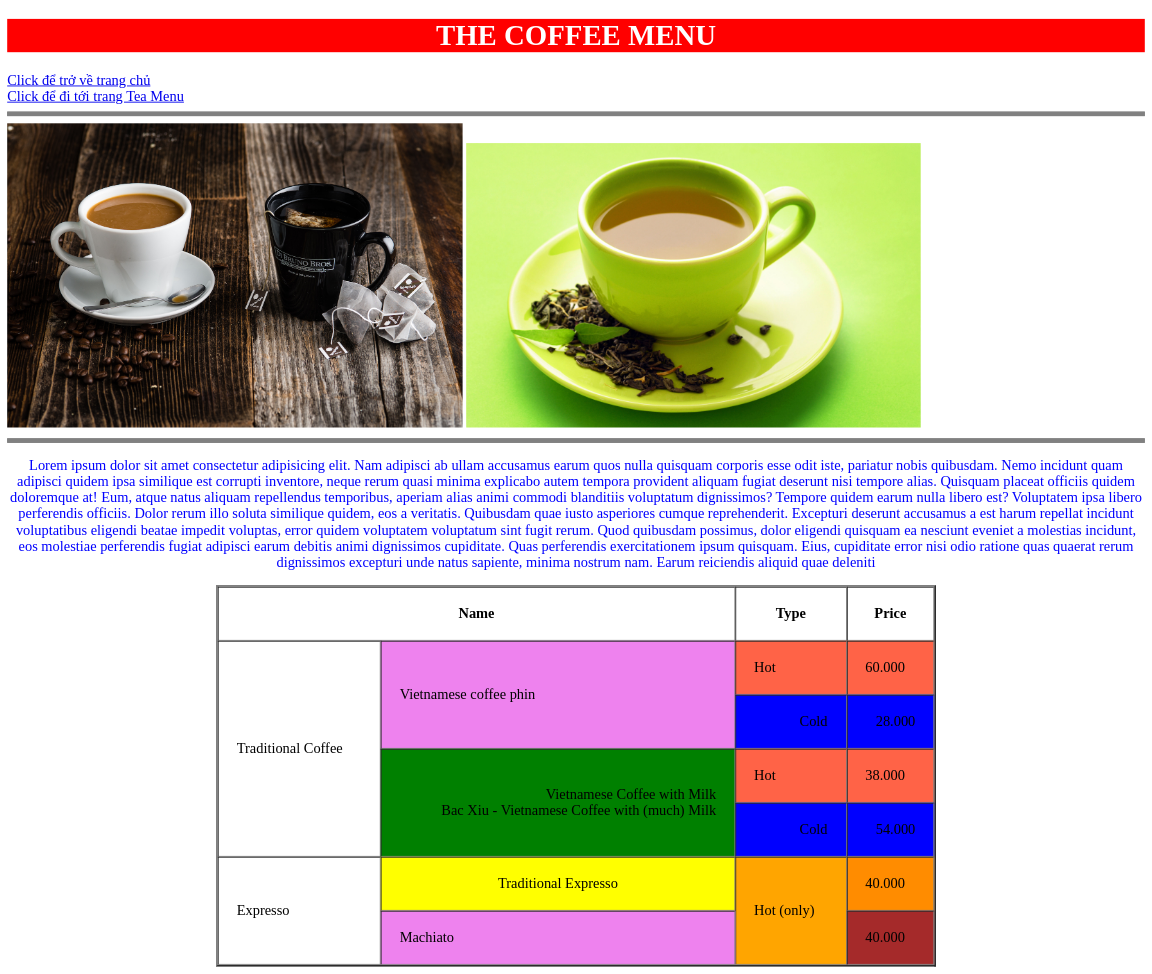
Repository: giahuy405/HomeWork_Coffee
Page: coffee.html
These files come from the project's save history. The page is drawn as it stood at one moment and after the next save; the edit follows.
The browser window is 1280 px wide. The pictures show the whole page, at 90% of full size.

Above is the page before, as saved 2022-09-07 12:20:50.

### coffee.html
<!DOCTYPE html>
<html lang="en">
<head>
    <meta charset="UTF-8">
    <meta http-equiv="X-UA-Compatible" content="IE=edge">
    <meta name="viewport" content="width=device-width, initial-scale=1.0">
    <title>Document</title>
    <link rel="stylesheet" href="./css/coffee.css">
</head>
<body>
    <h1 style="background-color:red;color:white;text-align:center">THE COFFEE MENU</h1>
    <a href="./index.html">Click để trở về trang chủ</a>
    <br>
    <a href="./tea.html">Click để đi tới trang Tea Menu</a>
    <hr size="5px" noshade>
    <img style="width:40%" src="./img/CoffeeAndTea.jpg" alt="">
    <img style="width:40%" src="./img/Green-Tea.jpg" alt="">
    <hr size="5px" noshade>
    <p style="text-align: center;color:blue">Lorem ipsum dolor sit amet consectetur adipisicing elit. Nam adipisci ab ullam accusamus earum quos nulla quisquam corporis esse odit iste, pariatur nobis quibusdam. Nemo incidunt quam adipisci quidem ipsa similique est corrupti inventore, neque rerum quasi minima explicabo autem tempora provident aliquam fugiat deserunt nisi tempore alias. Quisquam placeat officiis quidem doloremque at! Eum, atque natus aliquam repellendus temporibus, aperiam alias animi commodi blanditiis voluptatum dignissimos? Tempore quidem earum nulla libero est? Voluptatem ipsa libero perferendis officiis. Dolor rerum illo soluta similique quidem, eos a veritatis. Quibusdam quae iusto asperiores cumque reprehenderit. Excepturi deserunt accusamus a est harum repellat incidunt voluptatibus eligendi beatae impedit voluptas, error quidem voluptatem voluptatum sint fugit rerum. Quod quibusdam possimus, dolor eligendi quisquam ea nesciunt eveniet a molestias incidunt, eos molestiae perferendis fugiat adipisci earum debitis animi dignissimos cupiditate. Quas perferendis exercitationem ipsum quisquam. Eius, cupiditate error nisi odio ratione quas quaerat rerum dignissimos excepturi unde natus sapiente, minima nostrum nam. Earum reiciendis aliquid quae deleniti</p>
    <table border="2" cellspacing="0" cellpadding="20px" style="width: 800px;margin:0 auto;">
        <tr>
            <th colspan="2">Name</th>
            <th>Type</th>
            <th>Price</th>
        </tr>
        <tr>
            <td rowspan="4">Traditional Coffee</td>
            <td rowspan="2" style="background-color: rgb(238, 130, 238);">Vietnamese coffee phin</td>
            <td style="background-color: rgb(255, 99, 71);">Hot</td>
            <td style="background-color: rgb(255, 99, 71);">60.000</td>
        </tr>
        <tr>
            <td style="text-align:right;background-color:blue">Cold</td>
            <td style="text-align: right;background-color:blue">28.000</td>
        </tr>
        <tr>
            <td rowspan="2" style="text-align: right;background-color: green;">Vietnamese Coffee with Milk <br>
                Bac Xiu - Vietnamese Coffee with (much) Milk</td>
                <td style="background-color: rgb(255, 99, 71);">Hot</td>
            <td style="background-color: rgb(255, 99, 71);">38.000</td>
        </tr>
        <tr>
            <td style="text-align:right;background-color:blue">Cold</td>
            <td style="text-align: right;background-color:blue">54.000</td>
        </tr>
        <tr>
            <td rowspan="3">Expresso</td>
            <td style="background-color: yellow;text-align: center;">Traditional Expresso</td>
            <td style="background-color: orange;" rowspan="3">Hot (only)</td>
            <td style="background-color: darkorange;">40.000</td>
        </tr>
        <tr>
            <td style="background-color: rgb(238, 130, 238);">Machiato</td>
            <td style="background-color: brown">40.000</td>
        </tr>

    </table>
</body>
</html>

Loaded but not shown: css/coffee.css (no stored copy; drawn as an empty file)

After the next save:
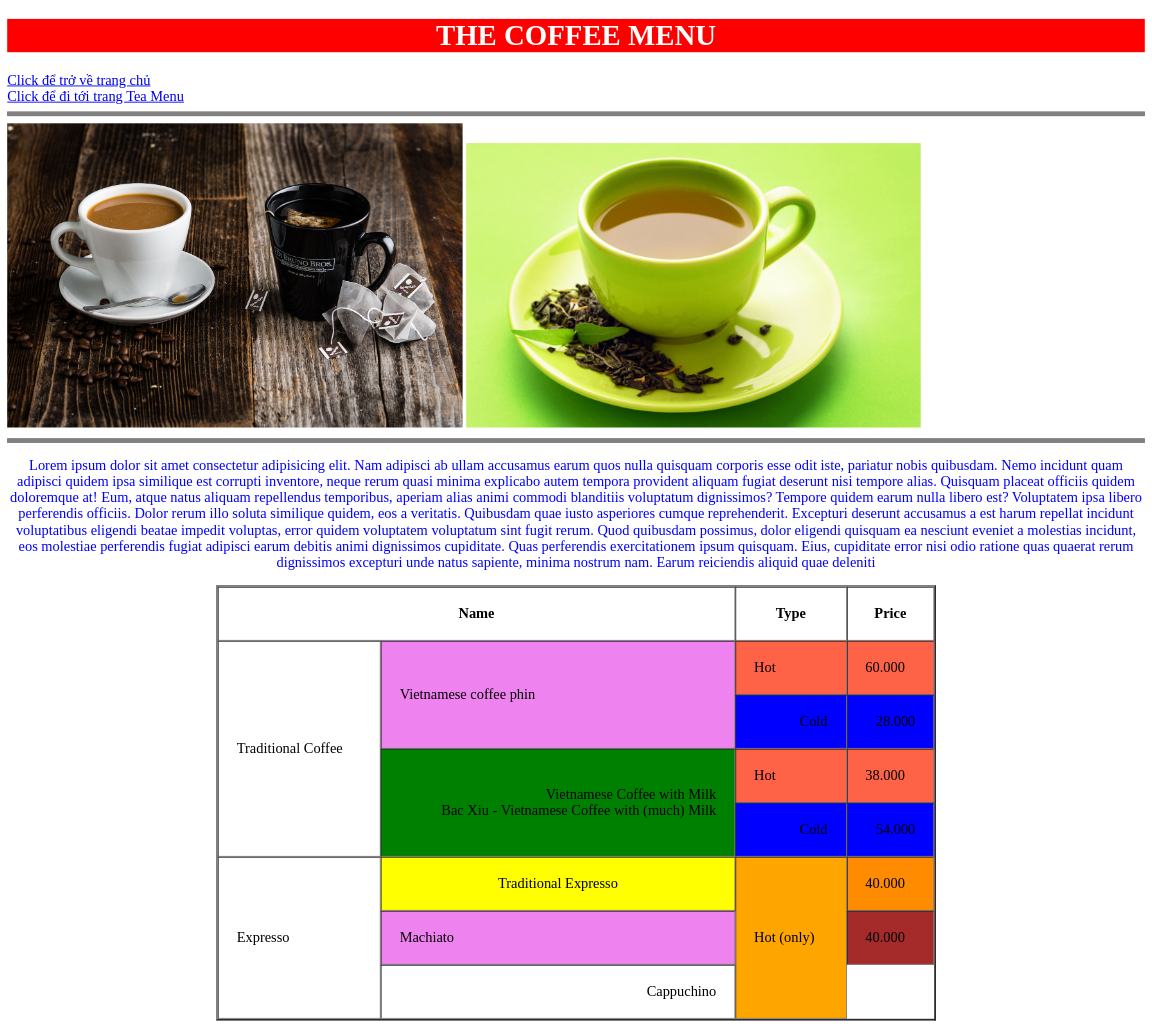
Saved 24 s later.
--- a/coffee.html
+++ b/coffee.html
@@ -53,6 +53,9 @@
             <td style="background-color: rgb(238, 130, 238);">Machiato</td>
             <td style="background-color: brown">40.000</td>
         </tr>
+        <tr>
+            <td style="text-align: right;">Cappuchino</td>
+        </tr>
 
     </table>
 </body>
